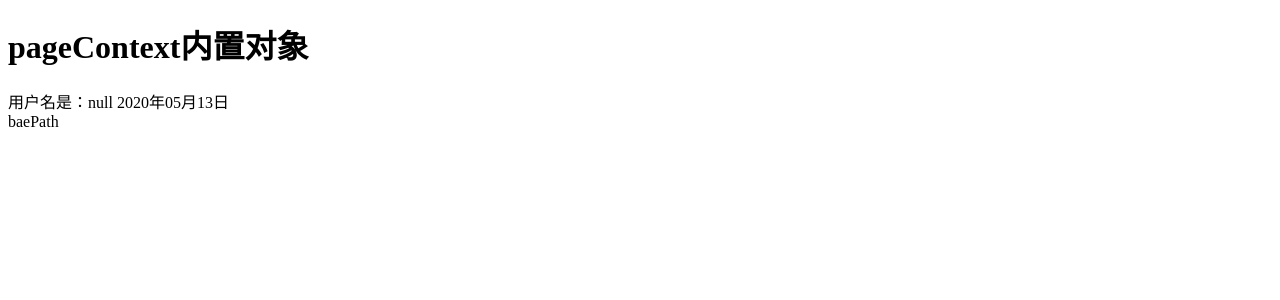
Repository: chengshide/Servlet
Page: http://localhost/JspBaseElementDemo/pageContext.jsp
An editor plug-in stored every save of this project. The page is shown before and after the next save, followed by the edit.
The browser window is 1280 px wide. The pictures show the whole page.
The page is served by Tomcat 9.

Above is the page before, as saved 2020-05-13 19:57:48.

After the next save:
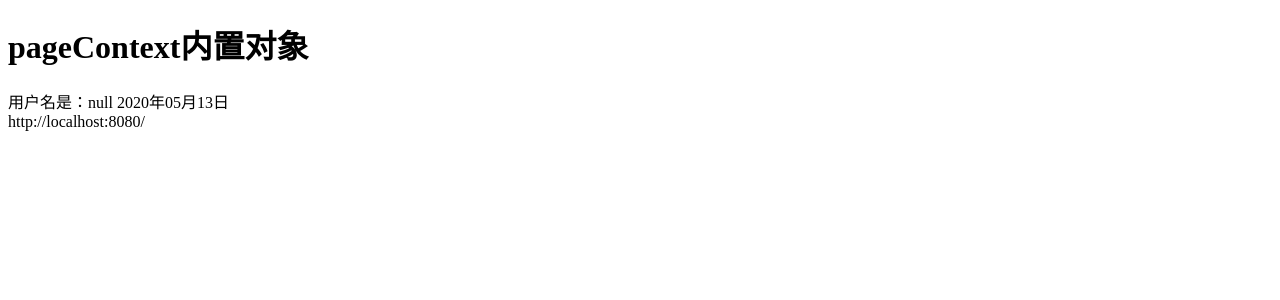
Saved 78 s later.
--- a/eclipseworlk/JspBaseElementDemo/WebContent/include.jsp
+++ b/eclipseworlk/JspBaseElementDemo/WebContent/include.jsp
@@ -7,5 +7,5 @@
       SimpleDateFormat sdf=new SimpleDateFormat("yyyy年MM月dd日");
       String s=sdf.format(date);
       out.println(s+"<br>");
-      out.println("baePath");
+      out.println(basePath);
     %>
